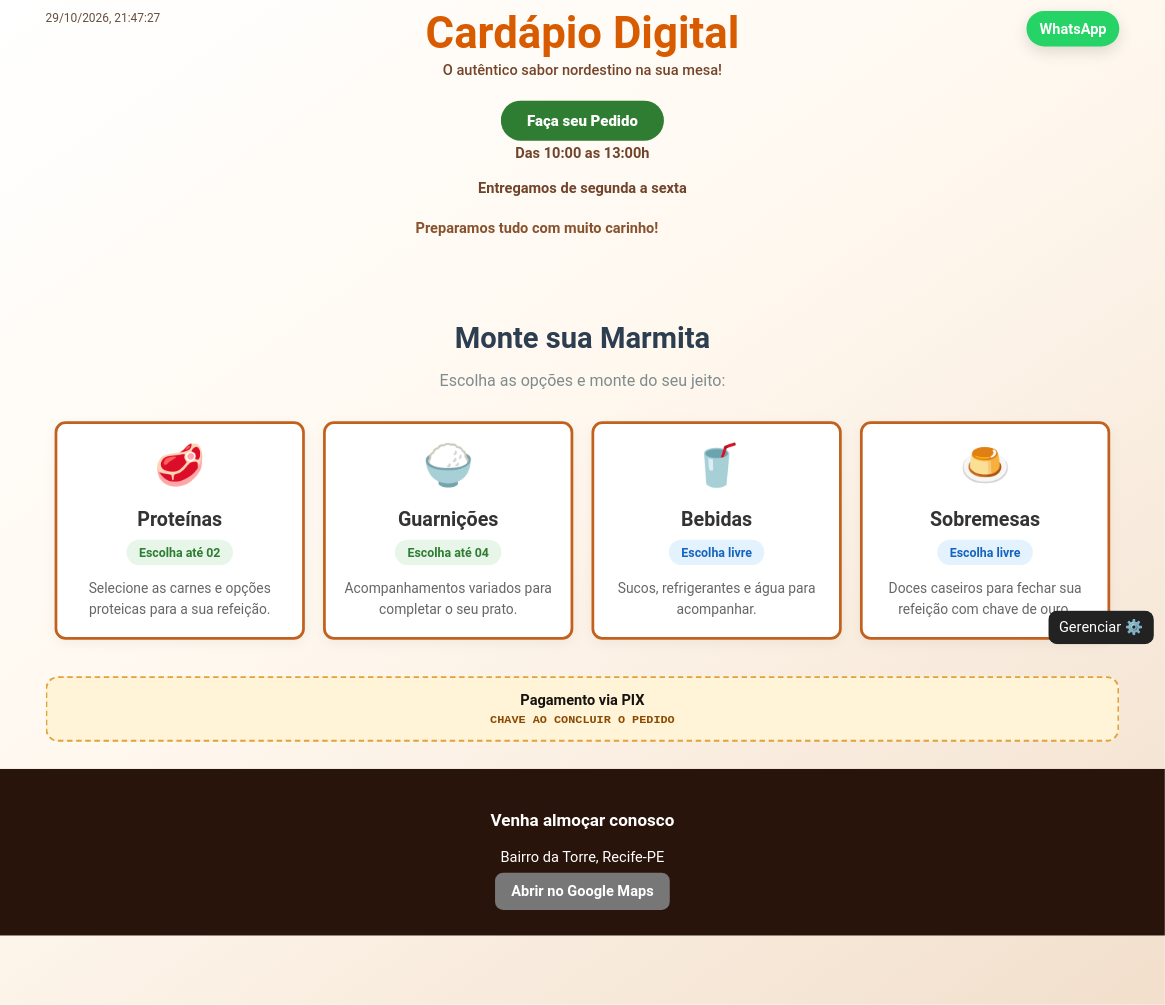
Repository: JeffRodFer/sd-copy-01-frontend
Page: index.html
These files come from the project's save history. The page is drawn as it stood at one moment and after a run of saves; the edit follows.
The browser window is 1280 px wide. The pictures show the whole page, at 91% of full size.
The page's requests for data from a server got no answer.

Above is the page before, as saved 2026-10-30 22:51:24.

### index.html
<!DOCTYPE html>
<html lang="pt-BR">

<head>
  <meta charset="UTF-8">
  <meta name="viewport" content="width=device-width, initial-scale=1.0">
  <title>Cardápio Digital</title>
  <link rel="stylesheet" href="style.css">
</head>

<body>


  <header class="container">

    <div class="topbar">

      <div id="datetime" class="datetime"></div>


      <div class="brand">

        <h1>
          Cardápio Digital
        </h1>

        <p>
          O autêntico sabor nordestino na sua mesa!
        </p>

      </div>


      <a id="wa-float-link" class="wa-float" href="https://wa.me/5581920036280" target="_blank" rel="noopener">
        WhatsApp
      </a>

    </div>


    <button class="cta" id="openOrder">
      Faça seu Pedido
    </button>


    <div class="notice">
      Das 10:00 as 13:00h <br><br>
      Entregamos de segunda a sexta
    </div>

  </header>


  <main class="container" id="menu"></main>


  <div class="container note">
    Preparamos tudo com muito carinho!
  </div>

  <section class="menu-categories-section">
  <h2>Monte sua Marmita</h2>
  <p class="subtitle">Escolha as opções e monte do seu jeito:</p>

  <div class="categories-grid">
    <!-- Card Proteínas -->
    <div class="category-card">
      <div class="category-icon">🥩</div>
      <h3>Proteínas</h3>
      <span class="badge-limit">Escolha até 02</span>
      <p>Selecione as carnes e opções proteicas para a sua refeição.</p>
    </div>

    <!-- Card Guarnições -->
    <div class="category-card">
      <div class="category-icon">🍚</div>
      <h3>Guarnições</h3>
      <span class="badge-limit">Escolha até 04</span>
      <p>Acompanhamentos variados para completar o seu prato.</p>
    </div>

    <!-- Card Bebidas -->
    <div class="category-card">
      <div class="category-icon">🥤</div>
      <h3>Bebidas</h3>
      <span class="badge-limit livre">Escolha livre</span>
      <p>Sucos, refrigerantes e água para acompanhar.</p>
    </div>

    <!-- Card Sobremesas -->
    <div class="category-card">
      <div class="category-icon">🍮</div>
      <h3>Sobremesas</h3>
      <span class="badge-limit livre">Escolha livre</span>
      <p>Doces caseiros para fechar sua refeição com chave de ouro.</p>
    </div>
  </div>
</section>


  <div class="container pix">

    <strong>
      Pagamento via PIX
    </strong>

    <br>


    <code>
    CHAVE AO CONCLUIR O PEDIDO
  </code>

  </div>


  <footer class="footer">

    <div class="container">

      <h3>
        Venha almoçar conosco
      </h3>

      <div>
        Bairro da Torre, Recife-PE
      </div>


      <a class="maps" href="https://maps.google.com/?q=Rua+Vermelha+02+Torre" target="_blank" rel="noopener">
        Abrir no Google Maps
      </a>


    </div>

  </footer>


  <button class="manage" id="openAdmin">
    Gerenciar ⚙️
  </button>
  <br>
  <br>
  <br>
  <br>

  <!-- =====================================================
     MODAL DO PEDIDO
     ===================================================== -->

  <div class="overlay hidden" id="orderOverlay">

    <div class="modal">


      <!-- PASSO 1 -->

      <div id="orderStep1" class="step active">

        <h2>
          Faça seu Pedido
        </h2>


        <div id="orderError1" class="error hidden"></div>


        <div class="form-grid">


          <div class="field">

            <label>
              Nome Completo
            </label>

            <input id="customerName" autocomplete="name">

          </div>


          <div class="field">

            <label>
              Telefone
            </label>

            <input id="customerPhone" inputmode="tel" autocomplete="tel" maxlength="15" placeholder="(81) 99999-8888">

          </div>


          <div class="field full">

            <label>
              Endereço de Entrega
            </label>

            <input id="customerAddress" autocomplete="street-address">

          </div>


          <div class="field">

            <label>
              Quantidade de Marmitas
            </label>

            <input id="mealCount" type="number" min="1" max="20" value="1">

          </div>


        </div>


        <div class="delivery">

          <label>

            <input type="radio" name="delivery" value="true" checked>

            Entrega em casa - R$ 5,00

          </label>


          <label>

            <input type="radio" name="delivery" value="false">

            Retirar no Restaurante - R$ 0,00

          </label>

        </div>


        <div class="actions">

          <button class="btn gray" id="closeOrder1">
            Cancelar
          </button>


          <button class="btn green" id="toStep2">
            Continuar
          </button>

        </div>

      </div>


      <!-- PASSO 2 -->

      <div id="orderStep2" class="step">

        <h2>
          Monte suas Marmitas
        </h2>


        <div id="orderError2" class="error hidden"></div>


        <div id="marmitas"></div>


        <div class="actions">

          <button type="button" class="btn gray" id="backStep1">
            Voltar
          </button>


          <button type="button" class="btn green" id="toStep3" onclick="clicarEncerrarPedido(event)">
            Encerrar e seguir
          </button>

        </div>

      </div>


      <!-- PASSO 3 -->
      <div id="orderStep3" class="step">

        <h2>Resumo do Pedido</h2>

        <div id="orderSummary" class="order-text"></div>

        <div id="finalTotal" class="total"></div>

        <div class="actions">
          <button class="btn red" id="cancelFinal">
            Voltar
          </button>

          <button class="btn green" id="sendRestaurant">
            Enviar Pedido ao Restaurante
          </button>
        </div>

      </div>

    </div>

  </div>


  <!-- =====================================================
     MODAL ADMINISTRATIVO
     ===================================================== -->

  <div class="overlay hidden" id="adminOverlay">

    <div class="admin-modal">

      <h2>
        Gerenciar Cardápio
      </h2>


      <div id="adminError" class="error hidden"></div>


      <!-- LOGIN -->

      <div id="adminLogin">

        <div class="field">

          <label>
            Usuário
          </label>

          <input id="adminUser" autocomplete="username" value="admin">

        </div>


        <div class="field" style="margin-top:10px">

          <label>
            Senha
          </label>

          <input id="adminPassword" type="password" autocomplete="current-password">

        </div>


        <div class="actions">

          <button class="btn gray" id="closeAdminLogin">
            Fechar
          </button>


          <button class="btn green" id="adminLoginBtn">
            Entrar
          </button>

        </div>

      </div>


      <!-- PAINEL -->

      <div id="adminPanel" class="hidden">

        <div id="adminItems" class="admin-grid"></div>


        <div class="actions">

          <button class="btn gray" id="adminClose">
            Fechar
          </button>


          <button class="btn green" id="adminSave">
            Salvar alterações
          </button>

        </div>

      </div>

    </div>

  </div>


  <script src="script.js"></script>
</body>

</html>

### style.css
:root {
      --orange: #f57c00;
      --brown: #6d3414;
      --green: #2e7d32;
      --red: #d32f2f;
      --blue: #1976d2;
      --purple: #7b1fa2;
      --cream: #fffaf5;
      --line: #eadfd6;
      --muted: #666;
    }

    * {
      box-sizing: border-box;
    }

    html {
      scroll-behavior: smooth;
    }

    body {
      margin: 0;
      background:
        linear-gradient(145deg,
          #fff 0%,
          #fff8ef 45%,
          #f2dfcc 100%);
      color: #17120e;
      font-family: Roboto, Arial, sans-serif;
      min-height: 100vh;
    }

    button,
    input,
    textarea {
      font: inherit;
    }

    button {
      cursor: pointer;
      border: 0;
    }

    .container {
      width: min(1180px, 94%);
      margin: auto;
    }


    /* HEADER */

    .topbar {
      display: grid;
      grid-template-columns: 1fr auto 1fr;
      align-items: start;
      padding: 12px 0;
      gap: 10px;
    }

    .datetime {
      font-size: .82rem;
      color: #674e3d;
    }

    .brand {
      text-align: center;
    }

    .brand h1 {
      margin: 0;
      color: #d85b00;
      font-size: clamp(1.8rem, 5vw, 3rem);
      line-height: 1.05;
    }

    .brand p {
      margin: 5px 0;
      color: #75452a;
      font-weight: 500;
    }

    .wa-float {
      justify-self: end;
      background: #25d366;
      color: #fff;
      padding: 10px 14px;
      border-radius: 999px;
      text-decoration: none;
      font-weight: 700;
      box-shadow: 0 6px 18px #0002;
    }

    .cta {
      display: block;
      margin: 8px auto 5px;
      background: var(--green);
      color: #fff;
      border-radius: 999px;
      padding: 12px 28px;
      font-weight: 800;
      font-size: 1rem;
      animation: pulse 2s infinite;
    }

    .notice {
      text-align: center;
      color: #70442b;
      font-weight: 700;
      margin-bottom: 18px;
    }

    @keyframes pulse {

      0%,
      100% {
        transform: scale(1);
      }

      50% {
        transform: scale(1.03);
      }
    }


    /* CARDÁPIO */

    .section {
      margin: 20px 0;
    }

    .section h2 {
      margin: 0 0 12px;
      color: var(--brown);
    }

    .grid {
      display: grid;
      grid-template-columns:
        repeat(auto-fit,
          minmax(180px, 1fr));
      gap: 10px;
    }

    .card {
      background: #fff;
      border: 1px solid var(--line);
      border-radius: 14px;
      padding: 14px;
      box-shadow:
        0 3px 12px #5a2a0d12;
    }

    .card strong {
      display: block;
    }

    .unavailable {
      opacity: .52;
    }

    .badge {
      display: inline-block;
      margin-top: 7px;
      font-size: .78rem;
      background: #eee;
      padding: 4px 8px;
      border-radius: 999px;
    }

    .accent-guarnicoes {
      border-top: 5px solid #8b5a2b;
    }

    .accent-proteinas {
      border-top: 5px solid #d32f2f;
    }

    .accent-bebidas {
      border-top: 5px solid #1976d2;
    }

    .accent-sobremesas {
      border-top: 5px solid #7b1fa2;
    }

    .note {
      text-align: center;
      font-weight: 700;
      color: #87522d;
      margin: 25px 0;
    }

    .pix {
      background: #fff3d8;
      border: 2px dashed #e0a33b;
      border-radius: 14px;
      padding: 15px;
      text-align: center;
    }

    .pix code {
      font-weight: 800;
      color: #8b4a00;
      word-break: break-all;
    }


    /* FOOTER */

    .footer {
      margin-top: 30px;
      background: #29140b;
      color: #fff;
      padding: 28px 0;
      text-align: center;
    }

    .maps {
      display: inline-block;
      background: #777;
      color: #fff;
      padding: 11px 18px;
      border-radius: 9px;
      text-decoration: none;
      font-weight: 700;
      margin-top: 8px;
    }

    .manage {
      position: fixed;
      right: 12px;
      bottom: 12px;
      background: #222;
      color: #fff;
      padding: 9px 12px;
      border-radius: 10px;
      z-index: 20;
    }


    /* MODAIS */

    .overlay {
      position: fixed;
      inset: 0;
      background: #0009;
      display: flex;
      align-items: center;
      justify-content: center;
      padding: 12px;
      z-index: 100;
    }

    .hidden {
      display: none !important;
    }

    .modal {
      background: #fff;
      width: min(1050px, 100%);
      max-height: 94vh;
      overflow: auto;
      border-radius: 18px;
      box-shadow: 0 20px 70px #0007;
      padding: 22px;
    }

    .modal h2 {
      color: var(--brown);
      margin: 0 0 18px;
    }

    .step {
      display: none;
    }

    /* =====================================================
ESTILOS DA SEÇÃO DE CATEGORIAS (PÁGINA PRINCIPAL)
===================================================== */
.menu-categories-section {
  padding: 40px 20px;
  text-align: center;
  max-width: 1200px;
  margin: 0 auto;
}

.menu-categories-section h2 {
  font-size: 2rem;
  color: #2c3e50;
  margin-bottom: 8px;
  font-weight: 700;
}

.menu-categories-section .subtitle {
  color: #7f8c8d;
  margin-bottom: 35px;
  font-size: 1.1rem;
}

.categories-grid {
  display: grid;
  grid-template-columns: repeat(auto-fit, minmax(250px, 1fr));
  gap: 20px;
  justify-content: center;
}

.category-card {
  background: #ffffff;
  border-radius: 12px;
  padding: 18px 15px;
  box-shadow: 0 4px 15px rgba(0, 0, 0, 0.05);
  transition: transform 0.3s ease, box-shadow 0.3s ease;
  border: 3px solid #c1611d;
  text-align: center;
}

.category-card:hover {
  transform: translateY(-5px);
  box-shadow: 0 8px 25px rgba(233, 83, 46, 0.1);
  border-color: 2px #d85b00;
}

.category-icon {
  font-size: 2.8rem;
  margin-bottom: 15px;
}

.category-card h3 {
  font-size: 1.35rem;
  color: #333333;
  margin-bottom: 10px;
}

.badge-limit {
  display: inline-block;
  background-color: #e8f5e9;
  color: #2e7d32;
  font-weight: 600;
  font-size: 0.85rem;
  padding: 6px 14px;
  border-radius: 20px;
  margin-bottom: 15px;
}

.badge-limit.livre {
  background-color: #e3f2fd;
  color: #1565c0;
}

.category-card p {
  color: #666666;
  font-size: 0.95rem;
  line-height: 1.5;
  margin: 0;
  border-radius: 2px #8b4a00;
}

    .step.active {
      display: block;
    }


    /* FORMULÁRIO */

    .form-grid {
      display: grid;
      grid-template-columns: 1fr;
      gap: 12px;
    }

    .field label {
      display: block;
      font-weight: 700;
      margin-bottom: 5px;
    }

    .field input,
    .field textarea,
    .field select {
      width: 100%;
      padding: 11px;
      border: 1px solid #cfcfcf;
      border-radius: 10px;
      background: #fff;
    }

    .field textarea {
      min-height: 75px;
      resize: vertical;
    }

    .delivery {
      display: grid;
      gap: 9px;
      margin: 12px 0;
    }

    .delivery label {
      border: 1px solid #ddd;
      border-radius: 10px;
      padding: 12px;
    }


    /* MARMITAS */

    .marmita {
      border: 1px solid #ddd;
      border-radius: 15px;
      padding: 14px;
      margin: 14px 0;
      background: #fff;
    }

    .marmita h3 {
      margin: 0 0 12px;
      color: #7b401f;
    }

    .choice-group {
      margin: 13px 0;
    }

    .choice-group h4 {
      margin: 0 0 8px;
    }

    .choices {
      display: grid;
      grid-template-columns:
        repeat(auto-fit,
          minmax(190px, 1fr));
      gap: 8px;
    }

    .check {
      border: 1px solid #ddd;
      border-radius: 10px;
      padding: 9px;
      background: #fafafa;
    }

    .check input {
      margin-right: 6px;
    }

    .limit {
      font-size: .8rem;
      color: var(--muted);
      margin: 5px 0;
    }


    /*
  IMPORTANTE:
  A linha de quantidade agora é uma GRID
  com nome + preço + menos + quantidade + mais.
  Assim o + nunca cai para a linha de baixo.
*/

    .qty-list {
      display: grid;
      gap: 7px;
    }

    .qty-row {
      display: grid;

      grid-template-columns:
        minmax(0, 1fr) auto auto auto auto;

      align-items: center;

      gap: 8px;

      border: 1px solid #eee;
      border-radius: 11px;
      padding: 8px;

      background: #faf8f6;
    }

    .qty-name {
      min-width: 0;
      font-weight: 700;
      overflow-wrap: anywhere;
    }

    .qty-price {
      font-size: .9rem;
      color: #555;
      white-space: nowrap;
    }

    .qty-btn {
      width: 36px;
      height: 36px;
      border-radius: 9px;
      background: #eee;
      font-weight: 900;
      font-size: 1.1rem;
    }

    .qty-value {
      min-width: 22px;
      text-align: center;
      font-weight: 800;
    }


    /* BOTÕES */

    .actions {
      display: flex;
      gap: 10px;
      justify-content: flex-end;
      flex-wrap: wrap;
      margin-top: 18px;
    }

    .btn {
      padding: 12px 18px;
      border-radius: 10px;
      font-weight: 800;
    }

    .btn.green {
      background: #2e7d32;
      color: #fff;
    }

    .btn.red {
      background: #e57373;
      color: #fff;
    }

    .btn.gray {
      background: #eee;
    }

    .total {
      font-size: 1.2rem;
      text-align: right;
      color: #18752b;
      font-weight: 900;
      margin-top: 14px;
    }

    .error {
      background: #ffe5e5;
      color: #9b1c1c;
      padding: 10px;
      border-radius: 9px;
      margin: 10px 0;
    }

    .order-text {
      background: #f5f5f5;
      padding: 14px;
      border-radius: 12px;
      white-space: pre-wrap;
      font-family: monospace;
      line-height: 1.45;
    }


    /* ADMIN */

    .admin-modal {
      background: #f5f5f5;
      width: min(1100px, 100%);
      max-height: 92vh;
      overflow: auto;
      border-radius: 18px;
      padding: 20px;
    }

    .admin-grid {
      display: grid;
      grid-template-columns: 1fr;
      gap: 16px;
    }

    .admin-section {
      background: #fff;
      padding: 14px;
      border-radius: 14px;
    }

    .admin-item {
      display: flex;
      align-items: center;
      justify-content: space-between;
      gap: 10px;
      padding: 9px 0;
      border-bottom: 1px solid #eee;
    }

    .admin-item:last-child {
      border-bottom: 0;
    }

    .switch {
      position: relative;
      width: 50px;
      height: 28px;
      flex: 0 0 auto;
    }

    .switch input {
      display: none;
    }

    .slider {
      position: absolute;
      inset: 0;
      background: #bbb;
      border-radius: 30px;
    }

    .slider:before {
      content: "";
      position: absolute;
      width: 22px;
      height: 22px;
      left: 3px;
      top: 3px;
      background: #fff;
      border-radius: 50%;
      transition: .2s;
    }

    .switch input:checked+.slider {
      background: #2e7d32;
    }

    .switch input:checked+.slider:before {
      transform: translateX(22px);
    }


    /* RESPONSIVO */

    @media(min-width:700px) {

      .form-grid {
        grid-template-columns:
          1fr 1fr;
      }

      .form-grid .full {
        grid-column: 1/-1;
      }

      .admin-grid {
        grid-template-columns:
          1fr 1fr;
      }

    }


    @media(max-width:600px) {

      .topbar {
        grid-template-columns:
          1fr auto;
      }

      .brand {
        grid-column: 1/-1;
        grid-row: 1;
      }

      .datetime {
        grid-column: 1;
      }

      .wa-float {
        grid-column: 2;
      }

      /*
    Mantém TODOS os controles da bebida
    na mesma linha.
  */

      .qty-row {
        grid-template-columns:
          minmax(0, 1fr) auto auto auto auto;
      }

      .qty-price {
        font-size: .8rem;
      }

      .modal {
        padding: 15px;
      }

      .actions .btn {
        flex: 1 1 100%;
      }

    }

Loaded but not shown: script.js (1589 lines, source omitted)

After the next 2 saves:
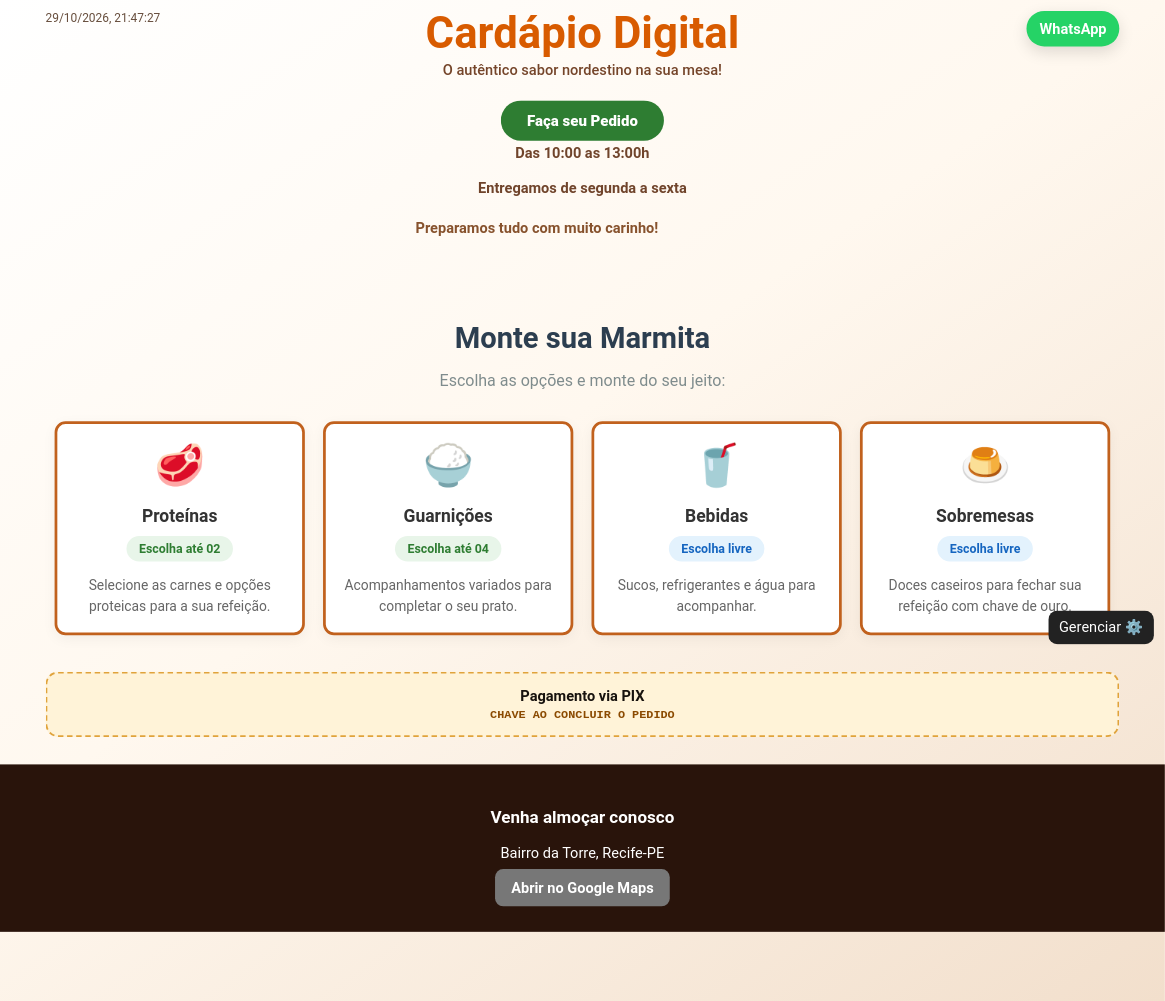
The 2 saves are shown as one change because they came seconds apart.
The last was saved 24 s later.
--- a/style.css
+++ b/style.css
@@ -326,7 +326,7 @@ ESTILOS DA SEÇÃO DE CATEGORIAS (PÁGINA PRINCIPAL)
 }
 
 .category-card h3 {
-  font-size: 1.35rem;
+  font-size: 1.2rem;
   color: #333333;
   margin-bottom: 10px;
 }
